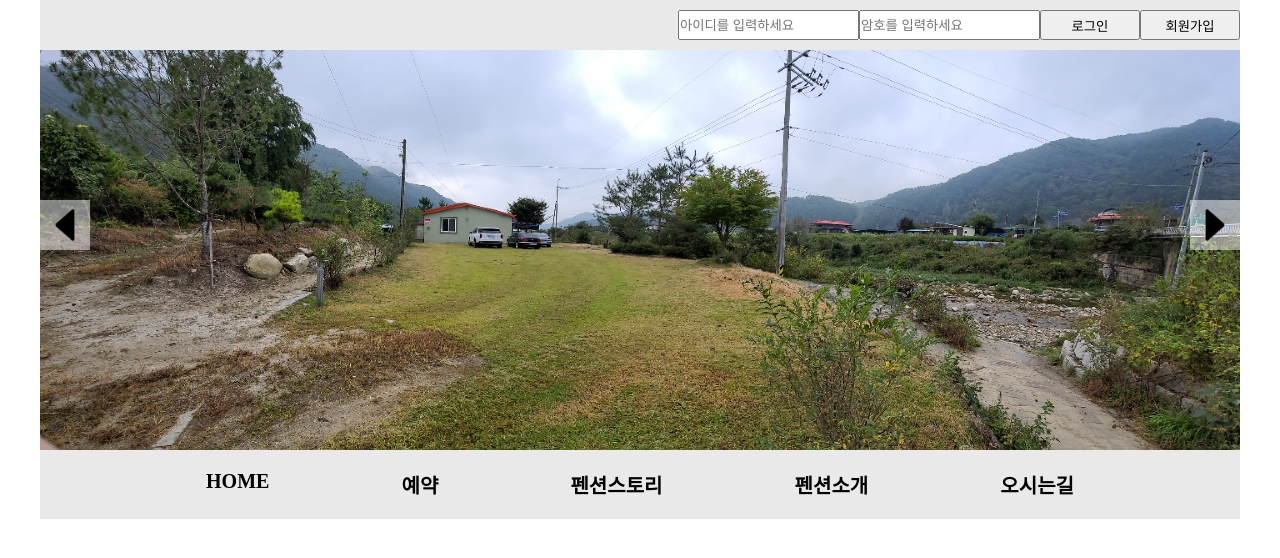
Repository: cdnwell/Jsp
Page: http://localhost/total/
The author's editor kept a copy of each file at every save. The page is drawn from the files as they stood at one save, then again after the next save.
The browser window is 1280 px wide. The pictures show the whole page.
The page is served by Tomcat 9.

Above is the page before, as saved 2022-06-30 06:45:56.

### total/src/main/webapp/index.jsp
<%@ page language="java" contentType="text/html; charset=UTF-8"
    pageEncoding="UTF-8"%>
<!DOCTYPE html>
<html>
<head>
    <meta charset='utf-8'>
    <meta http-equiv='X-UA-Compatible' content='IE=edge'>
    <title>펜션</title>
    <meta name='viewport' content='width=device-width, initial-scale=1'>

</head>
<body>
<div class="flex_container">
<jsp:include page="template/pheader.jsp"></jsp:include>
<section>
    <article>
        <h2>공지사항</h2>
        <table>
            <tr>
                <th>글번호</th>
                <th>제목</th>
                <th>작성일</th>
                <th>조회수</th>
            </tr>
            <tr>
                <td>5</td>
                <td>제목1</td>
                <td>2021-07-26</td>
                <td>33</td>
            </tr>
            <tr>
                <td>4</td>
                <td>제목2</td>
                <td>2021-07-25</td>
                <td>543</td>
            </tr>
            <tr>
                <td>3</td>
                <td>제목3</td>
                <td>2021-07-23</td>
                <td>331</td>
            </tr>
            <tr>
                <td>2</td>
                <td>제목4</td>
                <td>2021-07-22</td>
                <td>33</td>
            </tr>
            <tr>
                <td>1</td>
                <td>제목5</td>
                <td>2021-07-21</td>
                <td>13</td>
            </tr>
        </table>
    </article>
    <article>
        <h2>이벤트</h2>
        <table>
            <tr>
                <th>글번호</th>
                <th>제목</th>
                <th>작성일</th>
                <th>조회수</th>
            </tr>
            <tr>
                <td>5</td>
                <td>제목1</td>
                <td>2021-07-26</td>
                <td>33</td>
            </tr>
            <tr>
                <td>4</td>
                <td>제목2</td>
                <td>2021-07-25</td>
                <td>543</td>
            </tr>
            <tr>
                <td>3</td>
                <td>제목3</td>
                <td>2021-07-23</td>
                <td>331</td>
            </tr>
            <tr>
                <td>2</td>
                <td>제목4</td>
                <td>2021-07-22</td>
                <td>33</td>
            </tr>
            <tr>
                <td>1</td>
                <td>제목5</td>
                <td>2021-07-21</td>
                <td>13</td>
            </tr>
        </table>
    </article>
</section>
<jsp:include page="template/pfooter.jsp"></jsp:include>
</div>
</body>
</html>

### total/src/main/webapp/template/pheader.jsp
<%@ page language="java" contentType="text/html; charset=UTF-8"
	pageEncoding="UTF-8"%>
<style>
    	*{
            margin: 0;
            padding: 0;
        }
        .flex_container{
            display: flex;
            flex-direction: column;
            width: 1200px;
            margin: 0 auto;
            font-size: 0px;
        }
        #member_bar{
            height: 50px;
            background-color: #e9e9e9;
            text-align: right;
        }
        #member_bar img{
            width: 50px;
            float: left;
        }
        .login_form{
        	display:inline-block;
        	width: 600px;
        	padding: 10px 0px;
        }
        .login_form > form{
        	display:flex;
        	flex-direction:row;
        	justify-content:flex-end;
        }
        .login_form > form > *{
        	height: 30px;
        	box-sizing: border-box;
        }
        .login_form > form > button{
        	width: 100px;
        }
        .profile > p{
            width: 200px;
            float: left;
            font-size: 16px;
            text-align: left;
            padding-left: 5px;
            margin-top: 2px;
        }
        .profile{
            width: 300px;
            display: inline-block;
        }
        nav{
            padding:20px 100px;
            background-color: #e9e9e9;
        }
        nav ul{
            list-style-type: none;
            display: flex;
            flex-direction: row;
            justify-content: space-around;
        }

        nav a:link,nav a:visited{
            font-size: 20px;
            font-weight: bold;
            text-decoration: none;
            color:black;
        }
        .ad_img {
            position: relative;
        }
        .ad_img button{
            background: none;
            border: none;
            position: absolute;
            background-color: rgba(255, 255, 255, 0.5);
            width: 50px;
            height: 50px;
        }
        .ad_img button img{
            width: 50px;
        }
        .left_arrow{
            top : calc(50% - 50px);
        }
        .right_arrow{
            top : calc(50% - 50px);
            right: 0px;
            transform: rotate(180deg);
        }
    </style>


<header>
	<div id="member_bar">
		<!--
      <div>
         <img src="resource/images/profile.png" alt="">
         <div id="login_box">
         아이디 : <input type="text"> <br>
         비밀번호 : <input type="password"> <br>
         </div>
         <button>로그인</button>
      </div>
      -->



		<!-- 나중에 회원가입을 누르면 자바스크립트로 회원가입 페이지로 이동시키기 -->
		<%
		String id = (String) session.getAttribute("id");

		if (id == null) {
		%>
		<div class="login_form">
			<form action="login_process.jsp" method="post">
				<input type="text" name="id" placeholder="아이디를 입력하세요"> <input
					type="password" name="pass" placeholder="암호를 입력하세요">
				<button>로그인</button>
				<button id="btn_register" type="button">회원가입</button>
			</form>
		</div>
	</div>
	<%
	} else {
	%>
	<div class="profile">
		<img src="resource/images/profile.png" alt="">
		<p><%=id %>님 로그인 하셨습니다.</p>
		<p><a href="logout.jsp">로그아웃</a> | 정보수정</p>
	</div>
	<%
	}
	%>

	<div class="ad_img">
		<button class="left_arrow">
			<img src="resource/images/left_arrow.png" alt="">
		</button>
		<button class="right_arrow">
			<img src="resource/images/left_arrow.png" alt="">
		</button>
		<img src="resource/images/main_4.jpg" alt="">
	</div>
</header>
<nav>
	<ul>
		<li><a href="main.jsp">HOME</a></li>
		<li><a href="sub_page2.jsp">예약</a></li>
		<li><a href="#">펜션스토리</a></li>
		<li><a href="#">펜션소개</a></li>
		<li><a href="sub_page1.jsp">오시는길</a></li>
	</ul>
</nav>

### total/src/main/webapp/template/pfooter.jsp
<%@ page language="java" contentType="text/html; charset=UTF-8"
    pageEncoding="UTF-8"%>
<footer>
      <ul>
         <li>OOOO 펜션</li>
         <li>대표자 : OOO</li>
         <li>연락처 : 010-0000-0000</li>
         <li>주소 : 강원도 평창시 OOOOOO</li>
      </ul>
   </footer>

After the next save:
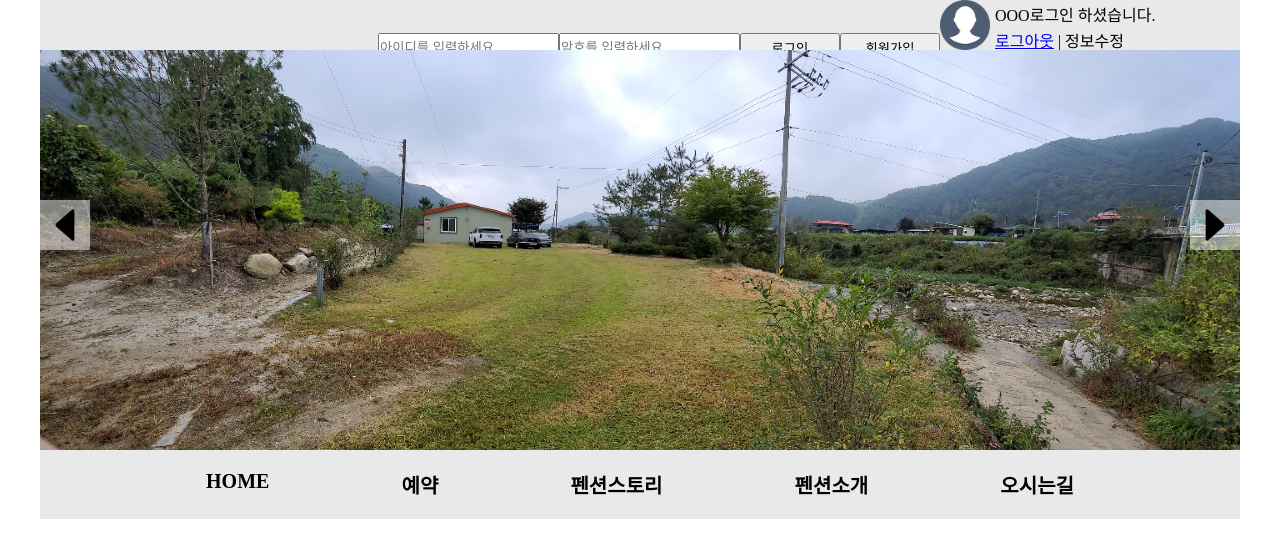
Saved 72 s later.
--- a/total/src/main/webapp/template/pheader.jsp
+++ b/total/src/main/webapp/template/pheader.jsp
@@ -94,16 +94,21 @@
 
 <header>
 	<div id="member_bar">
-		<!--
-      <div>
-         <img src="resource/images/profile.png" alt="">
-         <div id="login_box">
-         아이디 : <input type="text"> <br>
-         비밀번호 : <input type="password"> <br>
-         </div>
-         <button>로그인</button>
-      </div>
-      -->
+
+		<div class="login_form">
+			<form action="login_process.jsp" method="post">
+				<input type="text" name="id" placeholder="아이디를 입력하세요">
+				<input type="password" name="pass" placeholder="암호를 입력하세요">
+				<button>로그인</button><button id="btn_register" type="button">회원가입</button>
+			</form>
+		</div>
+
+		<div class="profile">
+			<img src="resource/images/profile.png" alt="">
+			<p>OOO로그인 하셨습니다.</p>
+			<p><a href="logout.jsp">로그아웃</a> | 정보수정</p>
+		</div>
+
 
 
 
